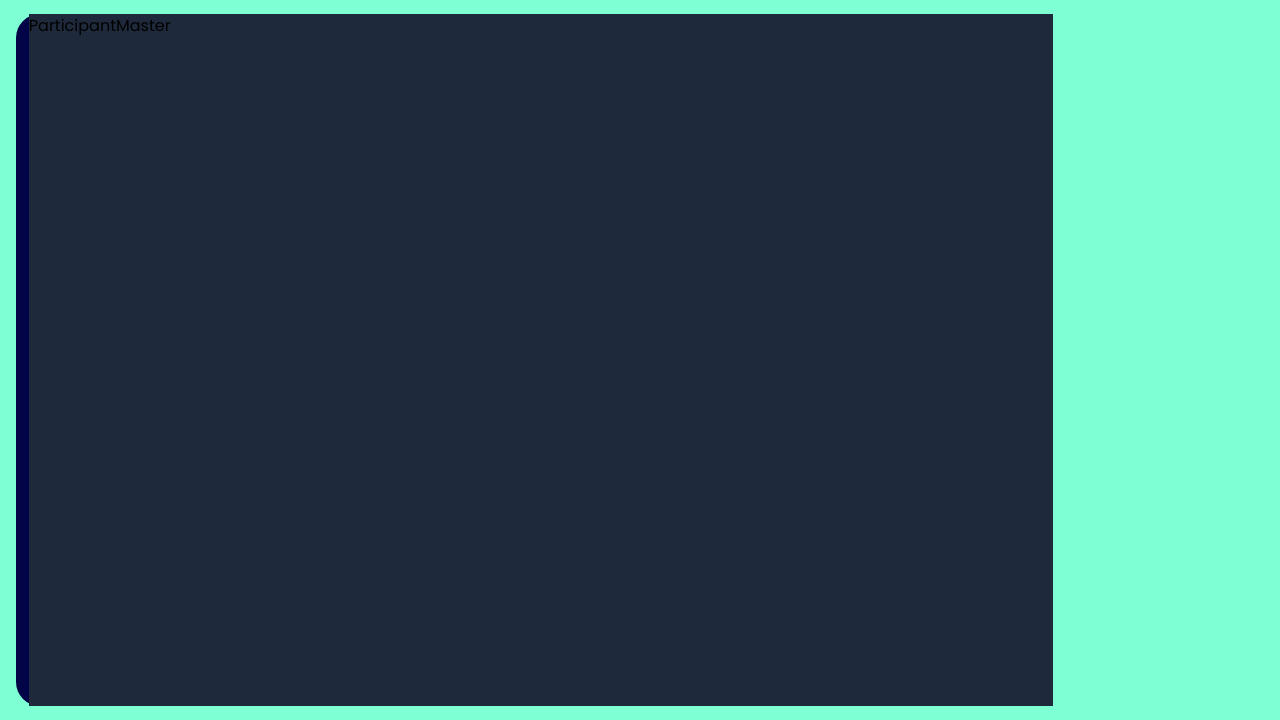
Repository: virangaj/NIFS-WebApp
Page: /sedu/participant-master (app in client/)
These files come from the project's save history. The page is drawn as it stood at one moment and after the next save; the edit follows.
The browser window is 1280 px wide. The pictures show the whole page.
Pictures or frames that could not be fetched are drawn as grey boxes. The project was rebuilt for these pictures with package versions that can differ from the ones it lists, and the page was loaded fresh each time. Also part of the build but not shown: client/src/pages/Login.tsx, client/src/pages/Home.tsx, client/src/components/Transport/shared/TransportNavbar.js, client/src/pages/TransportMainPage.tsx, client/src/pages/CommonMainPage.tsx, client/src/pages/AccountMainPage.tsx, client/src/pages/AdminMainPage.tsx, client/src/pages/LibraryMainPage.js and 14 more.

Above is the page before, as saved 2022-07-30 23:54:33.

After the next save:
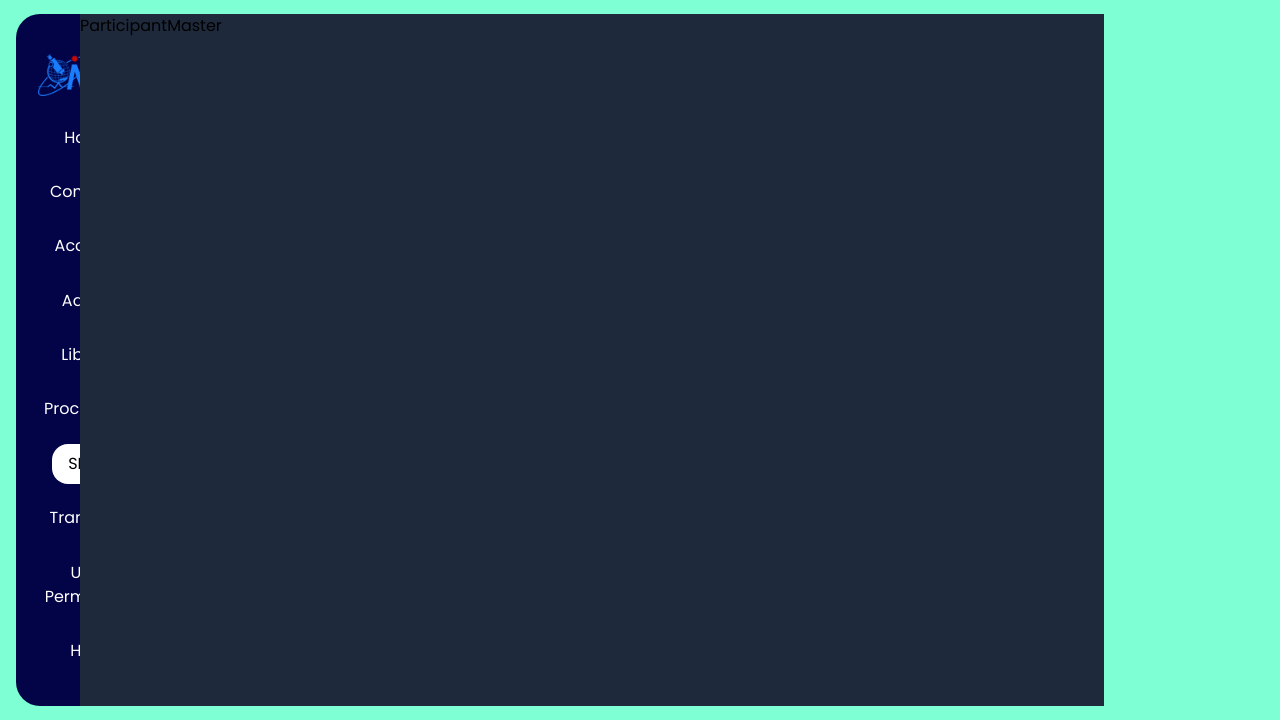
Saved 35 s later.
--- a/client/src/pages/SeduMainPage.tsx
+++ b/client/src/pages/SeduMainPage.tsx
@@ -29,7 +29,7 @@ function SeduMainPage() {
 			<div className='secondary-nav-position'>
 				<VerticalSecondaryNavbar pages={Pages} />
 			</div>
-			<div className='absolute top-[2vh] bg-slate-800 w-[80vw] h-[96vh]'>
+			<div className='absolute left-20 top-[2vh] bg-slate-800 w-[80vw] h-[96vh]'>
 				<Routes>
 					<Route path="/venue-master" element={<VenueMaster />} />
 					<Route path="/participant-master" element={<ParticipantMaster />} />
